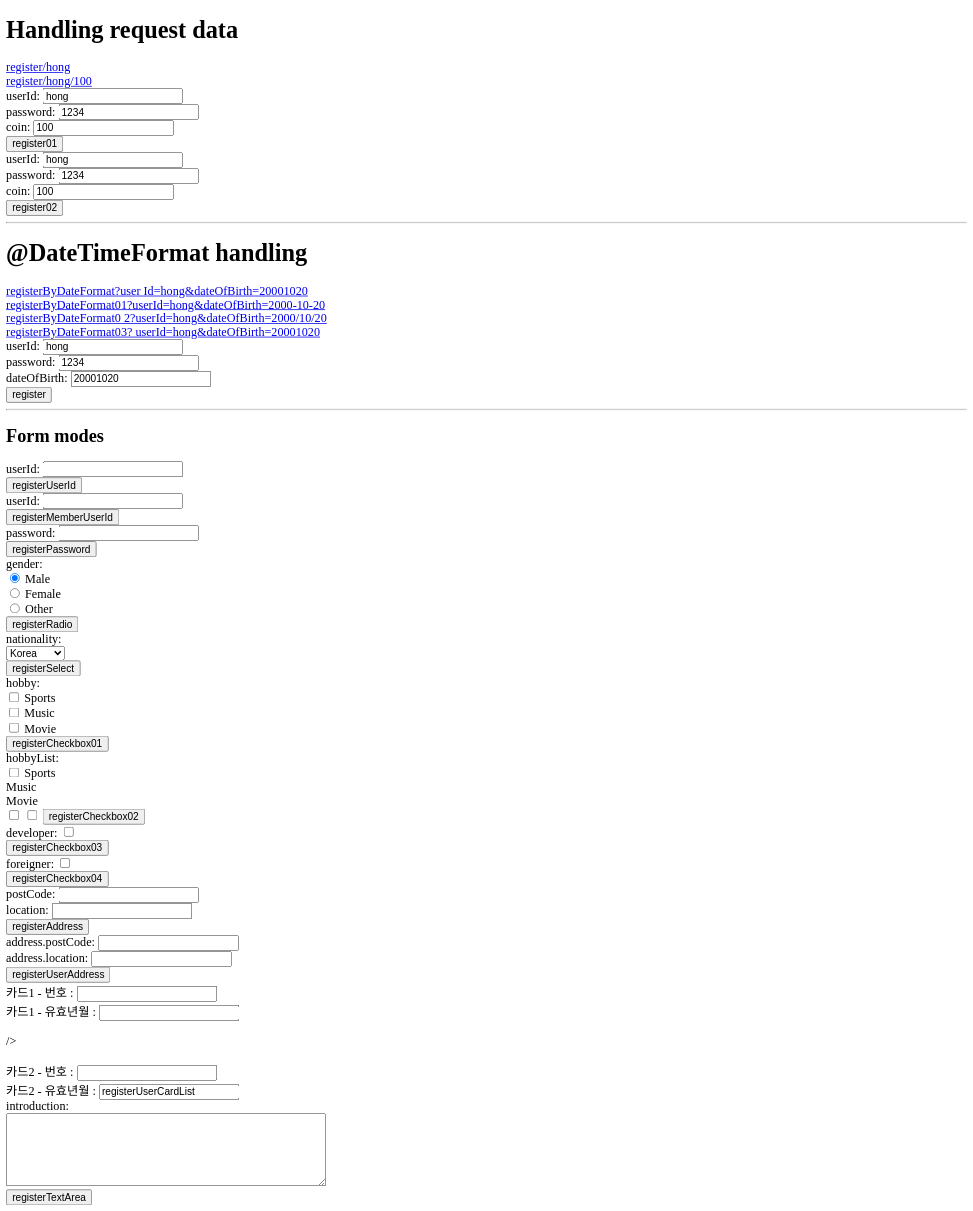
Repository: tomaters/more-springboot
Page: http://localhost/DevProject/WEB-INF/views/register.jsp
An editor plug-in stored every save of this project. The page is shown before and after the next save, followed by the edit.
The browser window is 1280 px wide. The pictures show the whole page, at 76% of full size.
The page is served by Tomcat 9. Nobody is signed in. The template is opened directly, without the code that normally fills it, so the values that code supplies are empty.

Above is the page before, as saved 2023-12-29 04:07:16.

After the next save:
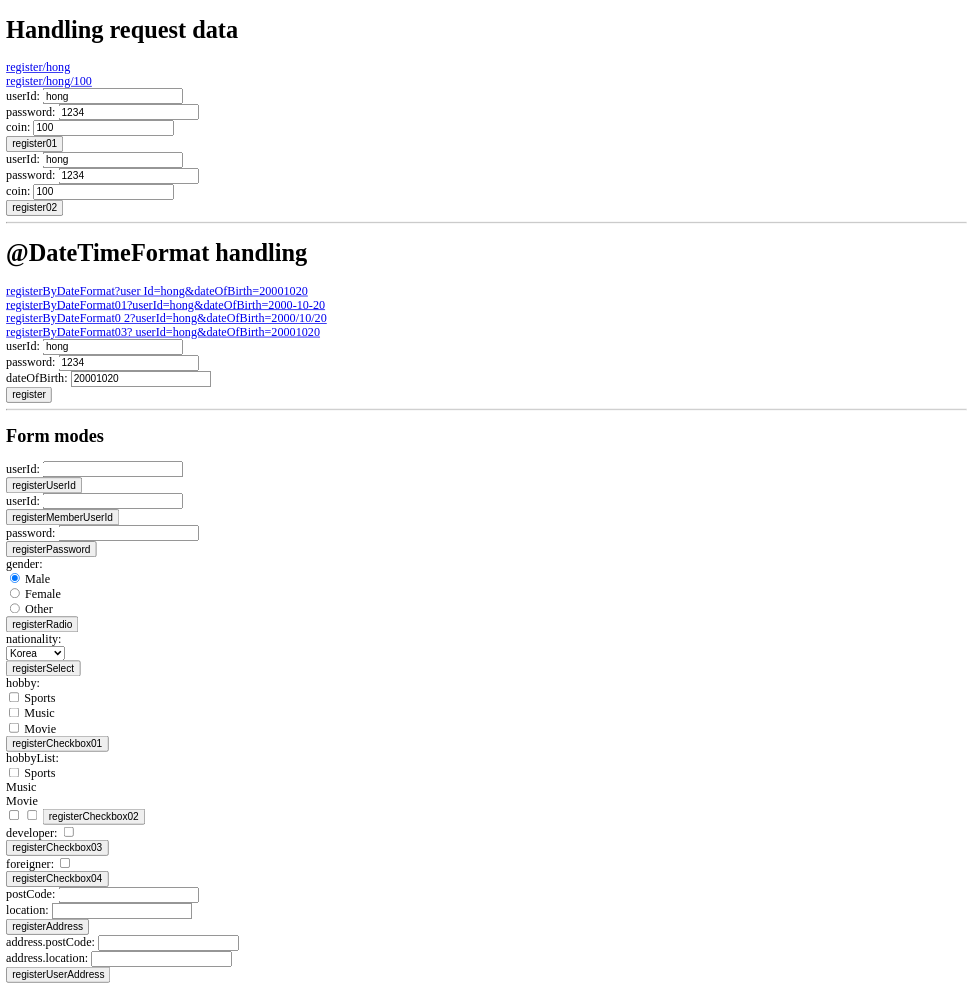
Saved 20 s later.
--- a/DevProject/src/main/webapp/WEB-INF/views/register.jsp
+++ b/DevProject/src/main/webapp/WEB-INF/views/register.jsp
@@ -106,22 +106,6 @@
 		address.location: <input type="text" name="address.location" /><br>
 		<input type="submit" value="registerUserAddress">
 	</form>
-	<form action="/registerUserCardList" method="post">
-		카드1 - 번호 : <input type="text" name="cardList[0].no" /><br> 카드1 -
-		유효년월 : <input type="text" name="cardList[0].validMonth" /><br>
-		<br> /><br>
-		<br>
-	</form>
-	카드2 - 번호 :
-	<input type="text" name="cardList[1].no" />
-	<br> 카드2 - 유효년월 :
-	<input type="text" name="cardList[1].validMonth"
-		<input type="submit" value="registerUserCardList">
-<form action="/registerTextArea" method="post">
-introduction: <br>
-<textarea name="introduction" rows="6" cols="50"></textarea><br>
-<input type="submit" value="registerTextArea">
-</form>
 
 </body>
 </html>
